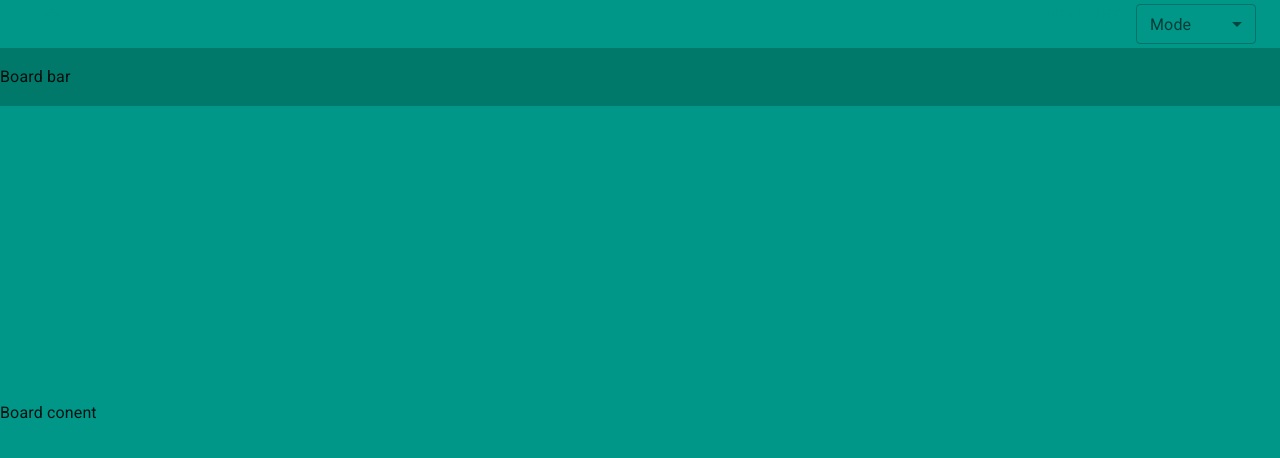
Repository: kieuduc123/trello_web
Page: /
These files come from the project's save history. The page is drawn as it stood at one moment and after the next save; the edit follows.
The browser window is 1280 px wide. The pictures show the whole page.
The project was rebuilt for these pictures with package versions that can differ from the ones it lists, and the page was loaded fresh each time. Also part of the build but not shown: vite.config.js.

Above is the page before, as saved 2024-03-15 09:55:26.

After the next save:
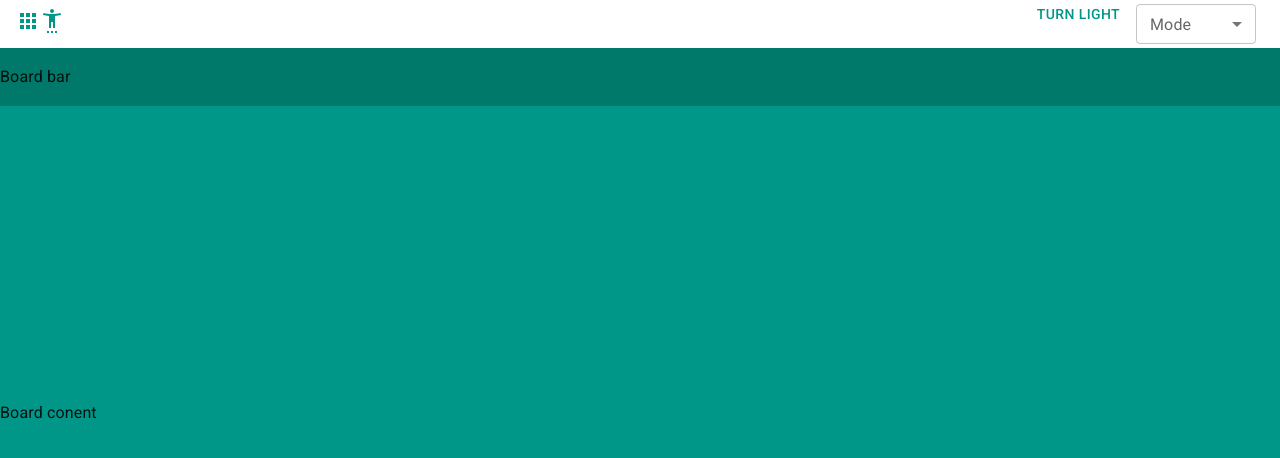
Saved 16 s later.
--- a/src/pages/Boards/_id.jsx
+++ b/src/pages/Boards/_id.jsx
@@ -6,7 +6,7 @@
 
 const BoardDetail = () => {
   return (
-    <Container disableGutters maxWidth={false} sx={{ height: ' 100vh', backgroundColor: 'primary.main' }}>
+    <Container disableGutters maxWidth={false} sx={{ height: ' 100vh',}}>
       <AppBar/>
       <BoardBar />
       <BoardContent />
